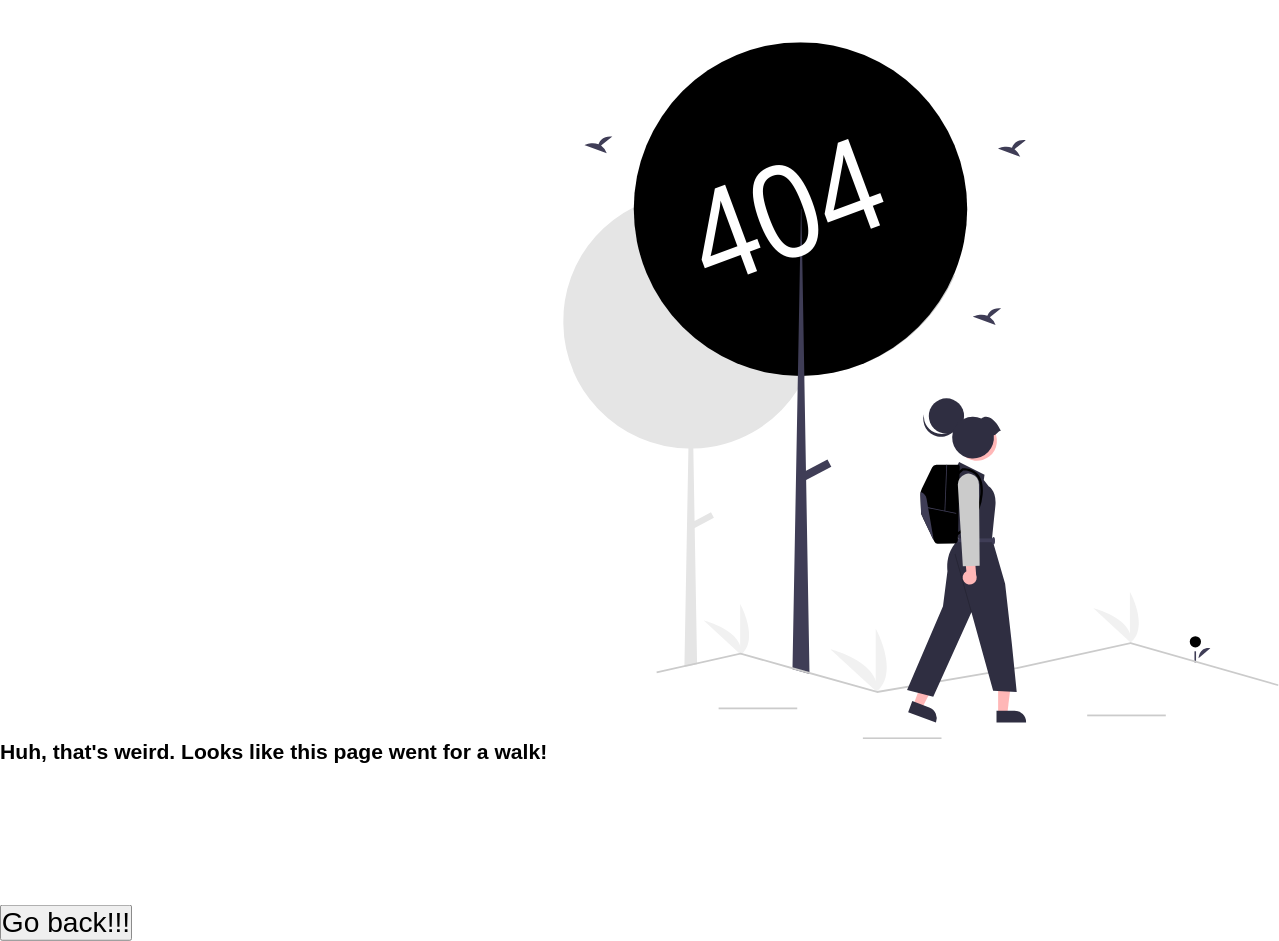
Repository: TeeJaysDev/Portfolio
Page: 404.html
An editor plug-in stored every save of this project. The page is shown before and after the next save, followed by the edit.
The browser window is 1280 px wide. The page is 1453 px wide, so the pictures cover 1453 px, including what lies to the right of the window. The pictures show the whole page, at 88% of full size.

Above is the page before, as saved 2021-06-11 23:10:10.

After the next save:
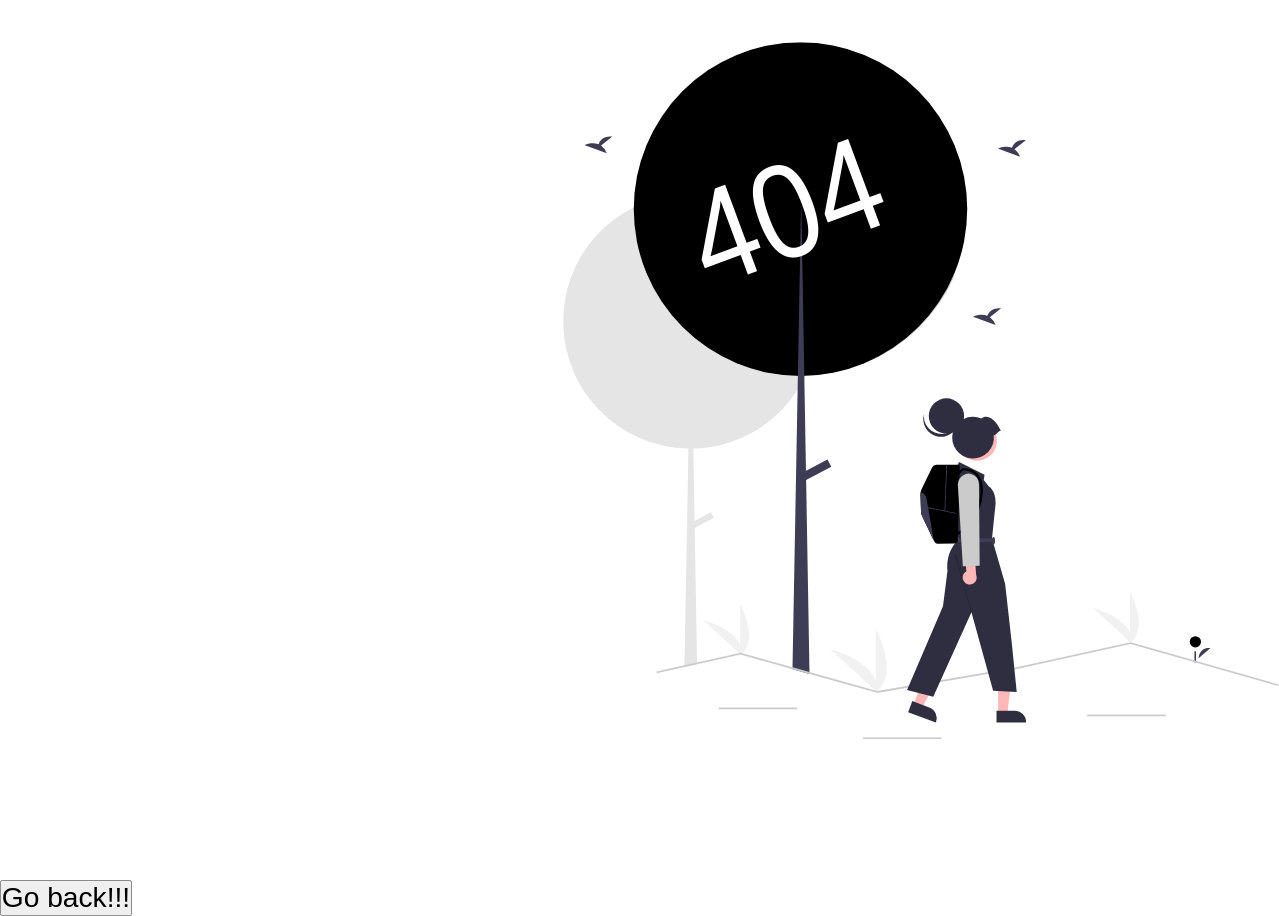
Saved 26 s later.
--- a/404.html
+++ b/404.html
@@ -15,9 +15,6 @@
         <div class="mainError">
             <img src="Images/svg/hiking.svg">
         </div>
-        <h1>
-            Huh, that's weird. Looks like this page went for a walk!
-        </h1>
         <button>
             <a href="index.html">Go back!!!</a>
         </button>
